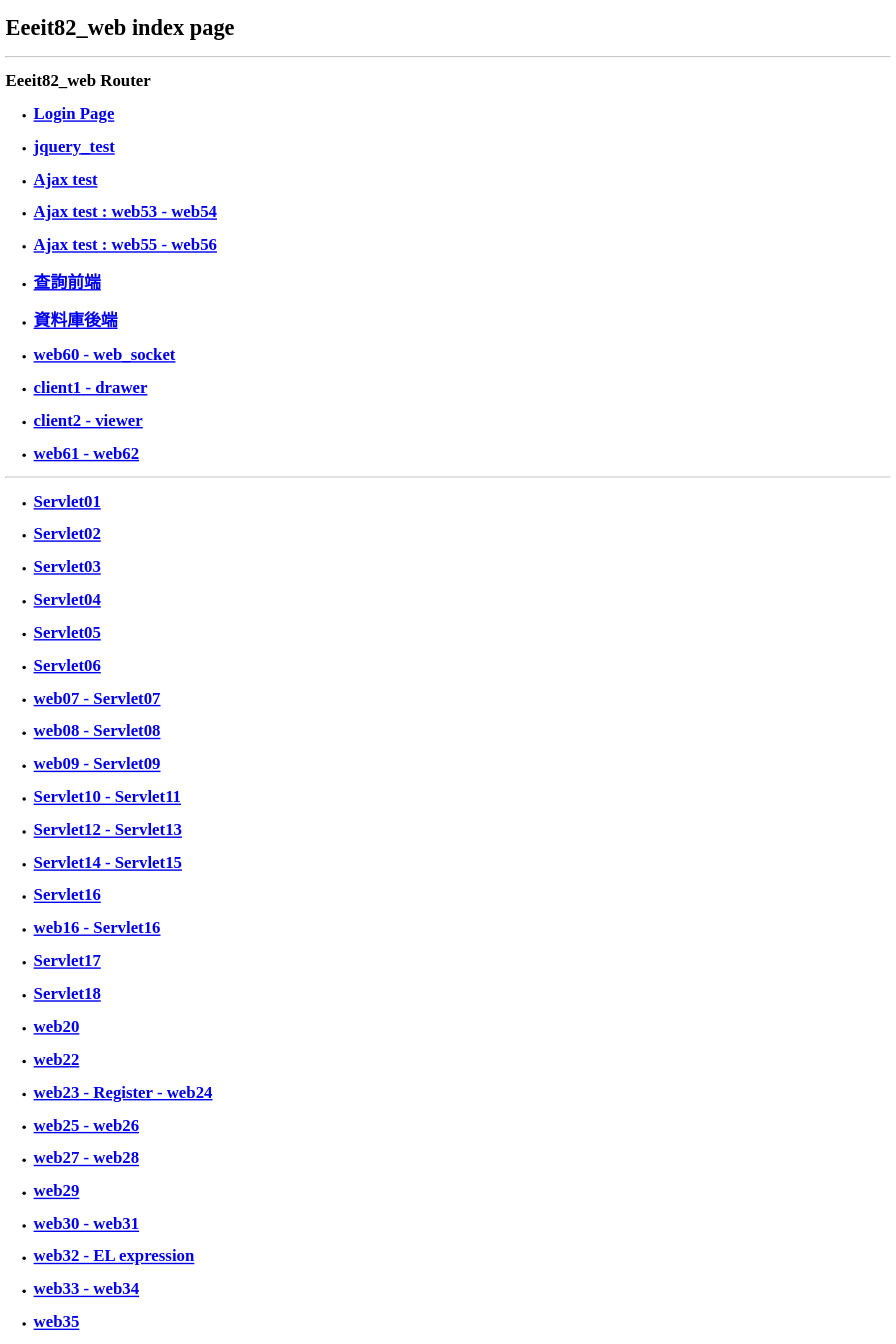
Repository: fgh64hfhk/webworkspace
Page: eeit82_web/src/main/webapp/index.html
These files come from the project's save history. The page is drawn as it stood at one moment and after the next save; the edit follows.
The browser window is 1280 px wide. The pictures show the part of the page from y = 0 to 1920 px (the page is 2760 px tall before and 2814 px after), at 70% of full size.

Above is the page before, as saved 2024-05-14 05:48:20.

After the next save:
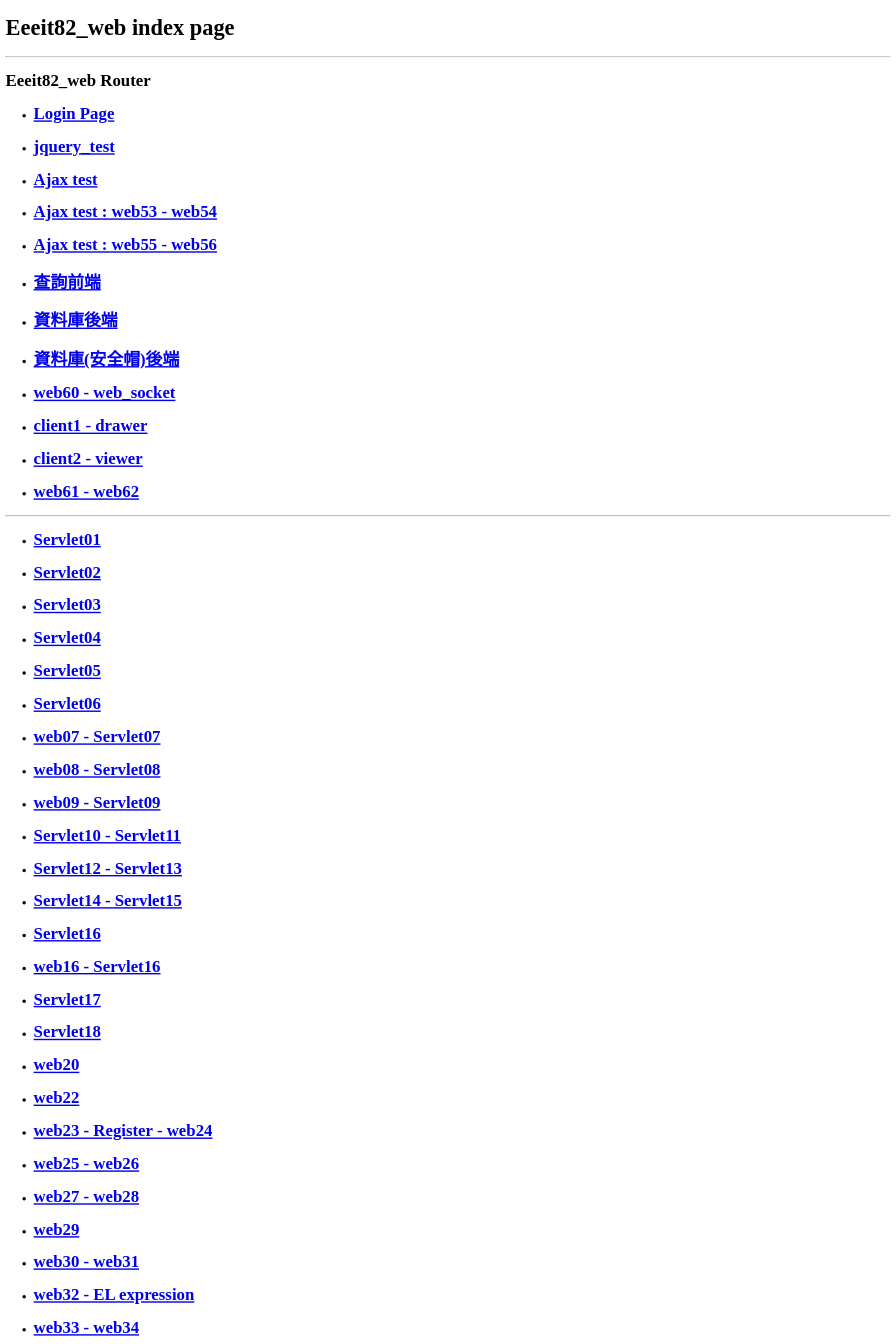
Saved 26 s later.
--- a/eeit82_web/src/main/webapp/index.html
+++ b/eeit82_web/src/main/webapp/index.html
@@ -46,6 +46,11 @@
 		</li>
 		<li>
 			<h2>
+				<a href="web58_1.jsp">資料庫(安全帽)後端</a>
+			</h2>
+		</li>
+		<li>
+			<h2>
 				<a href="web60.html">web60 - web_socket</a>
 			</h2>
 		</li>
